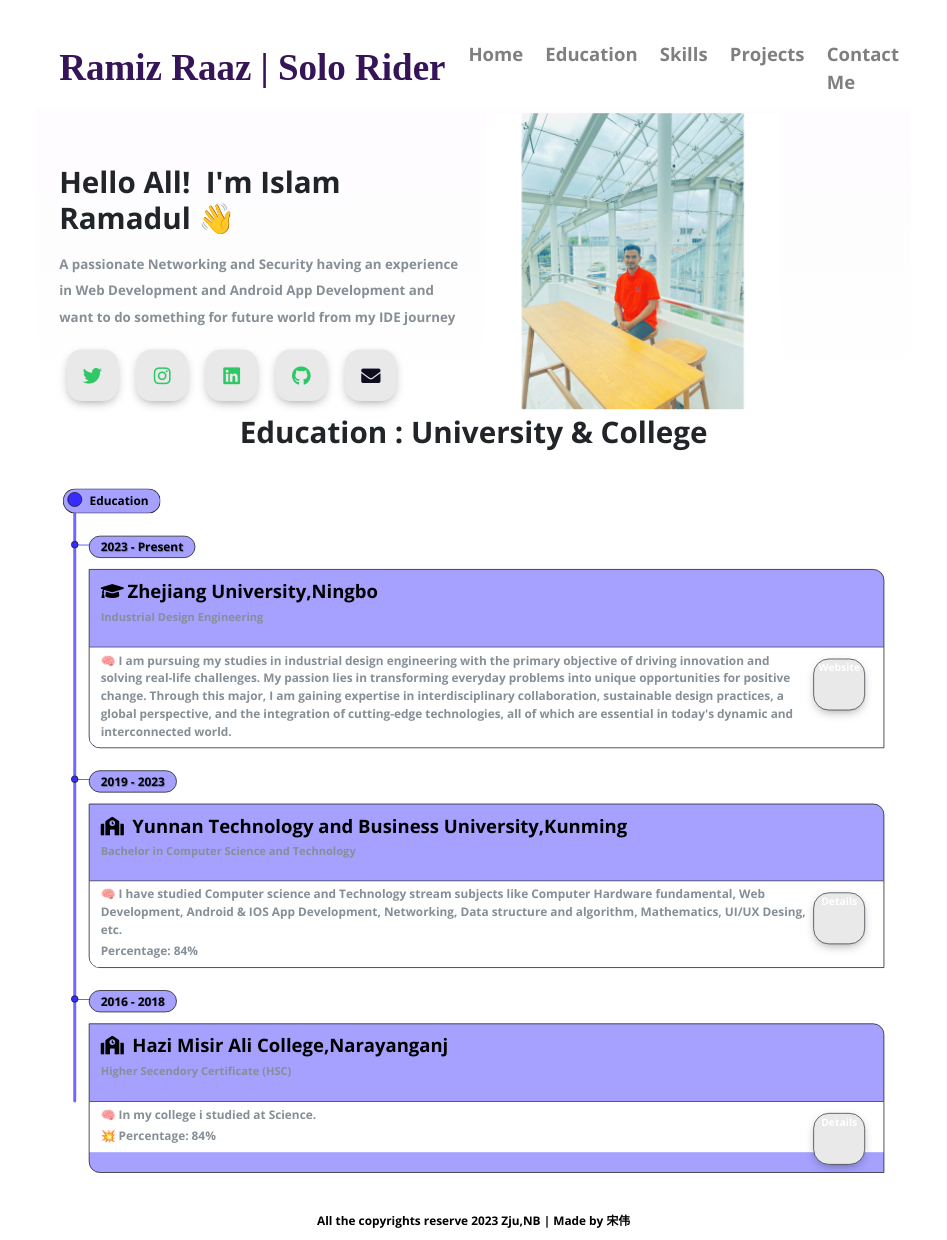
Repository: ramizraaz/ZjuProtfolio
Page: index.html
These files come from the project's save history. The page is drawn as it stood at one moment and after the next save; the edit follows.
The browser window is 1280 px wide. The pictures show the whole page, at 74% of full size.
Some web fonts or font styles are not loaded; a fallback is used. Some web libraries are served in a nearby version.

Above is the page before, as saved 2023-10-08 17:34:02.

After the next save:
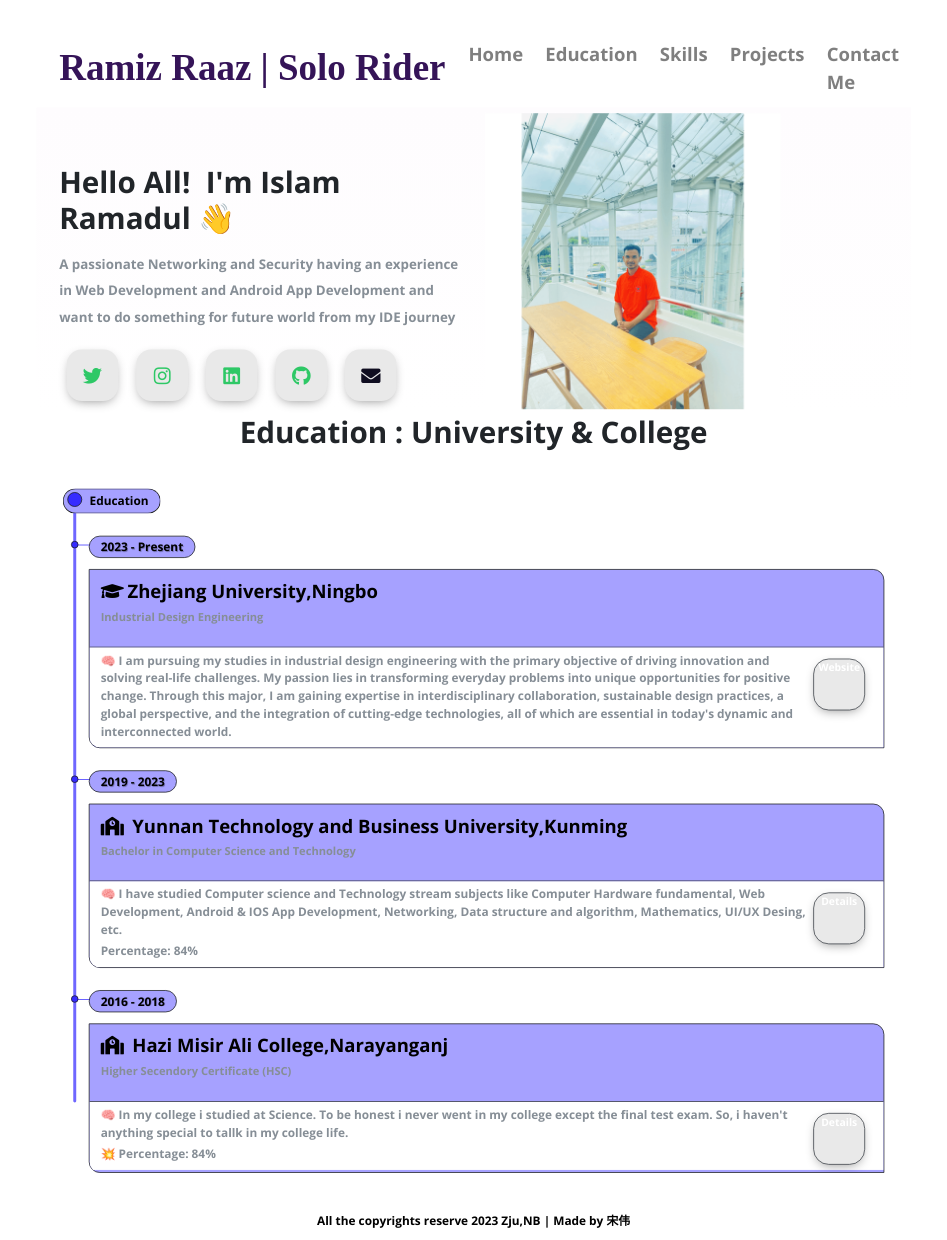
Saved 3 min 5 s later.
--- a/index.html
+++ b/index.html
@@ -143,7 +143,7 @@
                                 </div>
                                 <div class="box-content">
                                     <a class="btn btn-sm btn-dark float-right" role="button" style="color: white;">Details</a>
-                                    <div class="box-item">🧠 In my college i studied at Science. </div>
+                                    <div class="box-item">🧠 In my college i studied at Science. To be honest i never went in my college except the final test exam. So, i haven't anything special to tallk in my college life.</div>
                                     <div class="box-item"><b>💥 Percentage</b>: 84%</div>
 
                                 </div>
